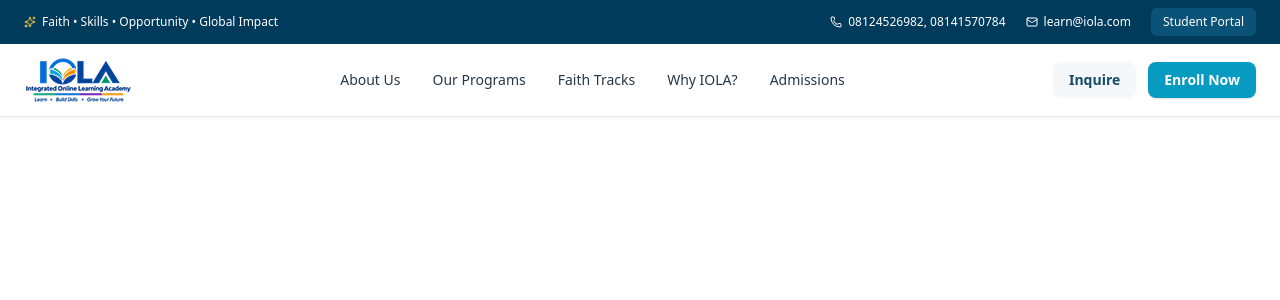
Repository: segunrotini/iola
Page: /
The author's editor kept a copy of each file at every save. The page is drawn from the files as they stood at one save, then again after the next save.
The browser window is 1280 px wide. The pictures show the whole page.
The project was rebuilt for these pictures with package versions that can differ from the ones it lists, and the page was loaded fresh each time. Also part of the build but not shown: vite.config.ts.

Above is the page before, as saved 2026-09-29 13:23:02.

### index.html
<!doctype html>
<html lang="en">
  <head>
    <meta charset="UTF-8" />
    <link rel="icon" type="image/svg+xml" href="/favicon.svg" />
    <meta name="viewport" content="width=device-width, initial-scale=1.0" />
    <title>integrated-online-learning-academy</title>
  </head>
  <body>
    <div id="root"></div>
    <script type="module" src="/src/main.tsx"></script>
  </body>
</html>

### src/App.tsx


import Homepage from "./components/pages/public/Hompage";
function App() {
  return (
    <Homepage />
  )
}

export default App

### src/components/pages/public/Hompage.tsx
import Topbar from "../../home/topbar"
import Nav from "../../home/Nav"
function Homepage() {
  return (
    <>


      <Topbar/>
      <Nav/>
    </>
  )
}
export default Homepage

### src/components/home/topbar.tsx
import { Mail, Phone, Sparkles } from "lucide-react";

const TopBar = () => {
  return (
    <div className="bg-[#003B5C] text-white">
      <div className="mx-auto flex max-w-7xl items-center justify-between px-4 py-2 text-[10px] sm:px-6 sm:text-xs">
        <div className="flex items-center gap-1.5">
          <Sparkles size={12} className="text-[#F4C542]" />
          <span>Faith • Skills • Opportunity • Global Impact</span>
        </div>

        <div className="hidden items-center gap-5 sm:flex">
          <a
            href="tel:+2348124526982"
            className="flex items-center gap-1.5 transition hover:text-[#5DE1E6]"
          >
            <Phone size={12} />
            <span>08124526982, 08141570784</span>
          </a>

          <a
            href="mailto:learn@iola.com"
            className="flex items-center gap-1.5 transition hover:text-[#5DE1E6]"
          >
            <Mail size={12} />
            <span>learn@iola.com</span>
          </a>

          <a
            href="#student-portal"
            className="rounded-md bg-[#0B5278] px-3 py-1.5 font-medium transition hover:bg-[#08658F]"
          >
            Student Portal
          </a>
        </div>
      </div>
    </div>
  );
};

export default TopBar;

### src/components/home/Nav.tsx
import { Menu, X } from "lucide-react";
import { useState } from "react";
import logo from "../../assets/logo.png";

const Navbar = () => {
  const [isOpen, setIsOpen] = useState(false);

  return (
    <nav className="relative bg-white shadow-sm">
      <div className="mx-auto flex max-w-7xl items-center justify-between px-4 py-3 sm:px-6">
        <a href="/" className="flex items-center">
          <img

            src={logo}
            alt="Logo"
            className="h-12 w-auto object-contain"
          />
        </a>

        <div className="hidden items-center gap-8 lg:flex">
          <a
            href="#about"
            className="text-sm font-medium text-[#263746] transition hover:text-[#008DB2]"
          >
            About Us
          </a>

          <a
            href="#programs"
            className="text-sm font-medium text-[#263746] transition hover:text-[#008DB2]"
          >
            Our Programs
          </a>

          <a
            href="#faith-tracks"
            className="text-sm font-medium text-[#263746] transition hover:text-[#008DB2]"
          >
            Faith Tracks
          </a>

          <a
            href="#why-iola"
            className="text-sm font-medium text-[#263746] transition hover:text-[#008DB2]"
          >
            Why IOLA?
          </a>

          <a
            href="#admissions"
            className="text-sm font-medium text-[#263746] transition hover:text-[#008DB2]"
          >
            Admissions
          </a>
        </div>

        <div className="hidden items-center gap-3 lg:flex">
          <a
            href="#inquire"
            className="rounded-lg bg-[#F4F8FA] px-4 py-2 text-sm font-semibold text-[#164A6B] transition hover:bg-[#E8F1F5]"
          >
            Inquire
          </a>

          <a
            href="#enroll"
            className="rounded-lg bg-[#079BC2] px-4 py-2 text-sm font-semibold text-white shadow-sm transition hover:bg-[#0789AB]"
          >
            Enroll Now
          </a>
        </div>

        <button
          type="button"
          onClick={() => setIsOpen(!isOpen)}
          className="rounded-lg p-2 text-[#003B5C] lg:hidden"
          aria-label="Toggle navigation"
        >
          {isOpen ? <X size={24} /> : <Menu size={24} />}
        </button>
      </div>

      {isOpen && (
        <div className="border-t border-gray-100 bg-white px-4 pb-5 pt-3 lg:hidden">
          <div className="flex flex-col gap-1">
            <a
              href="#about"
              onClick={() => setIsOpen(false)}
              className="rounded-lg px-3 py-3 text-sm font-medium text-[#263746] hover:bg-[#F4F8FA]"
            >
              About Us
            </a>

            <a
              href="#programs"
              onClick={() => setIsOpen(false)}
              className="rounded-lg px-3 py-3 text-sm font-medium text-[#263746] hover:bg-[#F4F8FA]"
            >
              Our Programs
            </a>

            <a
              href="#faith-tracks"
              onClick={() => setIsOpen(false)}
              className="rounded-lg px-3 py-3 text-sm font-medium text-[#263746] hover:bg-[#F4F8FA]"
            >
              Faith Tracks
            </a>

            <a
              href="#why-iola"
              onClick={() => setIsOpen(false)}
              className="rounded-lg px-3 py-3 text-sm font-medium text-[#263746] hover:bg-[#F4F8FA]"
            >
              Why IOLA?
            </a>

            <a
              href="#admissions"
              onClick={() => setIsOpen(false)}
              className="rounded-lg px-3 py-3 text-sm font-medium text-[#263746] hover:bg-[#F4F8FA]"
            >
              Admissions
            </a>

            <div className="mt-2 flex gap-3 border-t border-gray-100 pt-4">
              <a
                href="#inquire"
                className="flex-1 rounded-lg bg-[#F4F8FA] px-4 py-2.5 text-center text-sm font-semibold text-[#164A6B]"
              >
                Inquire
              </a>

              <a
                href="#enroll"
                className="flex-1 rounded-lg bg-[#079BC2] px-4 py-2.5 text-center text-sm font-semibold text-white"
              >
                Enroll Now
              </a>
            </div>
          </div>
        </div>
      )}
    </nav>
  );
};

export default Navbar;

Loaded but not shown: src/main.tsx (common file); src/index.css (common file)

After the next save:
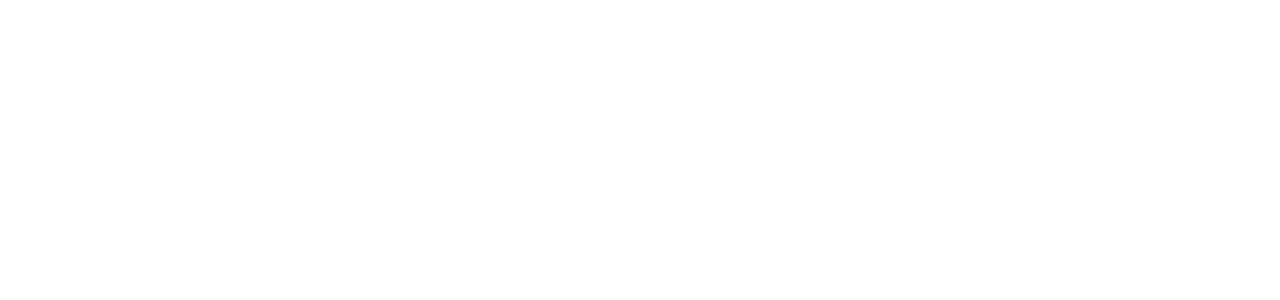
Console error: ReferenceError: useState is not defined
Saved 60 s later.
--- a/src/components/home/Nav.tsx
+++ b/src/components/home/Nav.tsx
@@ -1,5 +1,5 @@
 import { Menu, X } from "lucide-react";
-import { useState } from "react";
+
 import logo from "../../assets/logo.png";
 
 const Navbar = () => {

After the save that followed:
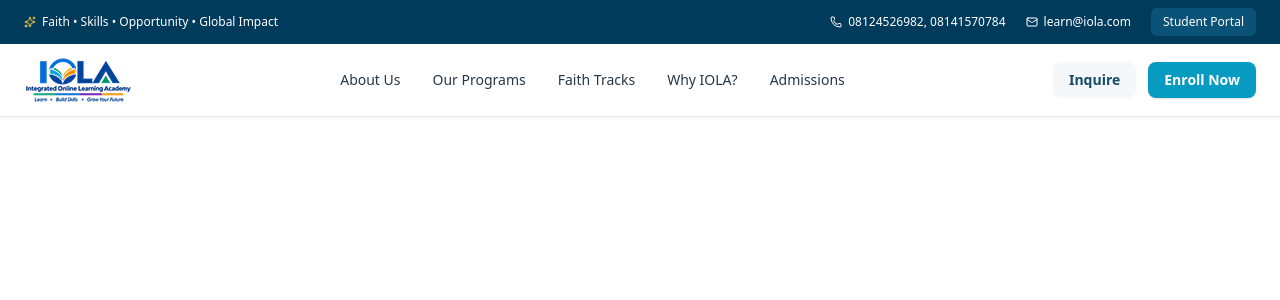
The error is gone.
Saved 34 s later.
--- a/src/components/home/Nav.tsx
+++ b/src/components/home/Nav.tsx
@@ -1,5 +1,5 @@
 import { Menu, X } from "lucide-react";
-
+import { useState } from "react";
 import logo from "../../assets/logo.png";
 
 const Navbar = () => {
